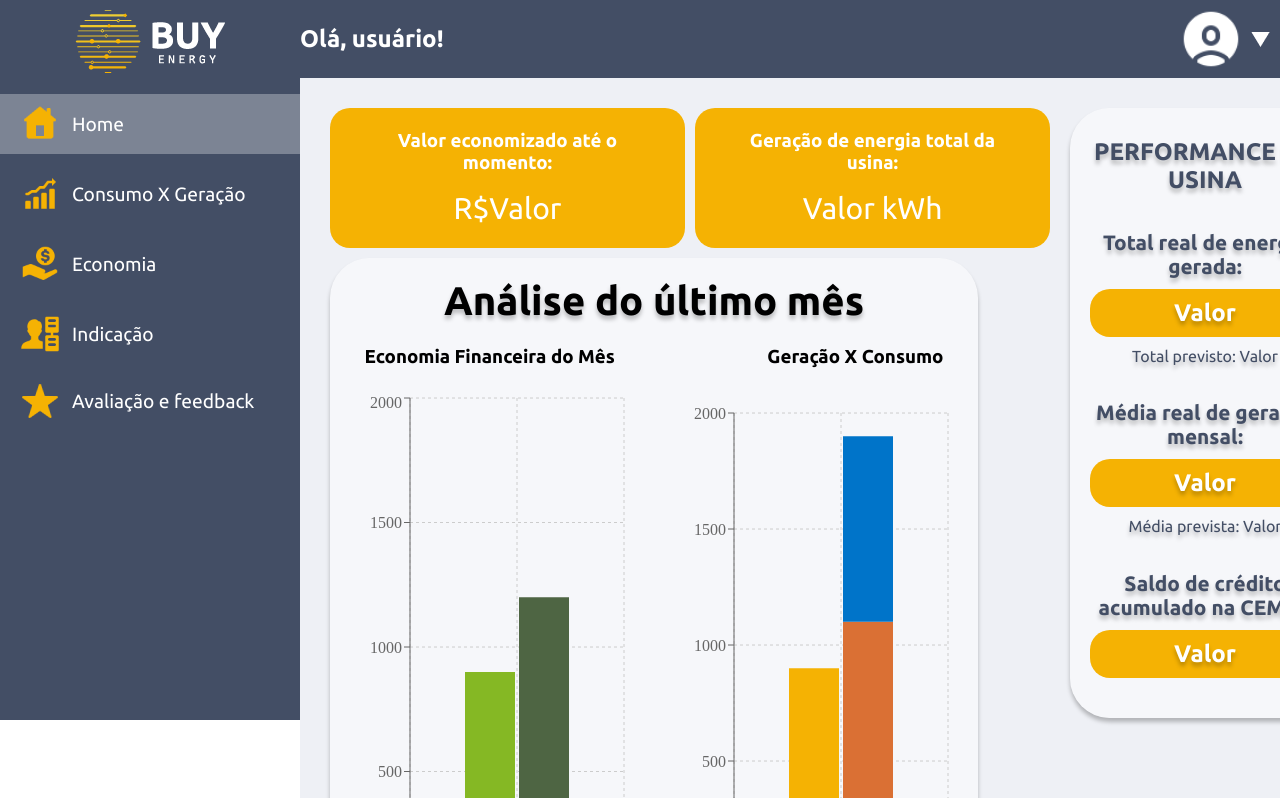
Repository: wolwerr/buyenergy-frontend
Page: /
The author's editor kept a copy of each file at every save. The page is drawn from the files as they stood at one save, then again after the next save.
The browser window is 1280 px wide. The pictures show the whole page.
An inner scrolling area shows only its first screen. The project was rebuilt for these pictures with package versions that can differ from the ones it lists, and the page was loaded fresh each time. Also part of the build but not shown: src/pages/indicacao/IndicacaoStyle.js, src/pages/indicacao/IndicacaoPage.jsx, src/pages/feedback/FeedbackStyle.js, src/pages/feedback/Feedback.jsx, src/pages/login/LoginStyle.js, src/pages/login/LoginPage.jsx, src/pages/economia/EconomiaStyle.js, src/pages/economia/EconomiaPage.jsx and 10 more.

Above is the page before, as saved 2022-10-31 15:33:08.

### public/index.html
<!DOCTYPE html>
<html lang="en">
  <head>
    <meta charset="utf-8" />
    <link rel="icon" href="%PUBLIC_URL%/favicon.ico" />
    <meta name="viewport" content="width=device-width, initial-scale=1" />
    <meta name="theme-color" content="#000000" />
    <meta
      name="description"
      content="Web site created using create-react-app"
    />
    <link rel="apple-touch-icon" href="%PUBLIC_URL%/logo192.png" />
    <!--
      manifest.json provides metadata used when your web app is installed on a
      user's mobile device or desktop. See https://developers.google.com/web/fundamentals/web-app-manifest/
    -->
    <link rel="manifest" href="%PUBLIC_URL%/manifest.json" />
    <!--
      Notice the use of %PUBLIC_URL% in the tags above.
      It will be replaced with the URL of the `public` folder during the build.
      Only files inside the `public` folder can be referenced from the HTML.

      Unlike "/favicon.ico" or "favicon.ico", "%PUBLIC_URL%/favicon.ico" will
      work correctly both with client-side routing and a non-root public URL.
      Learn how to configure a non-root public URL by running `npm run build`.
    -->
    <link rel="stylesheet" href="style.css">
    <link rel="preconnect" href="https://fonts.googleapis.com">
    <link rel="preconnect" href="https://fonts.gstatic.com" crossorigin>
    <link href="https://fonts.googleapis.com/css2?family=Ubuntu:ital,wght@0,400;0,500;0,700;1,400;1,500;1,700&display=swap" rel="stylesheet">
    <title>Buy Energy App MVP</title>
  </head>
  <body>
    <noscript>You need to enable JavaScript to run this app.</noscript>
    <div id="root"></div>
    <!--
      This HTML file is a template.
      If you open it directly in the browser, you will see an empty page.

      You can add webfonts, meta tags, or analytics to this file.
      The build step will place the bundled scripts into the <body> tag.

      To begin the development, run `npm start` or `yarn start`.
      To create a production bundle, use `npm run build` or `yarn build`.
    -->
  </body>
</html>

### src/App.js
import { BrowserRouter as Router, Route, Routes } from "react-router-dom";
import { AppCnt } from "./assets/styles/AppStyle";
import HomePage from "./pages/home/HomePage"
import IndicacaoPage from "./pages/indicacao/IndicacaoPage"
import Feedback from "./pages/feedback/Feedback"
import LoginPage from "./pages/login/LoginPage"
import Economia from "./pages/economia/EconomiaPage"
import ErrorPage from "./pages/error/ErrorPage";
import ConsumoXGeracaoPage from "./pages/consumoGeracao/ConsumoXGeracaoPage";

function App() {
  return (
    <AppCnt>
      <Router>
        <Routes>
          <Route index path="/" element={<HomePage />} />
          <Route path="/login" element={<LoginPage />} />
          <Route path="/consumo-e-geracao" element={<ConsumoXGeracaoPage />} />
          <Route path="/economia" element={<Economia />} />
          <Route path="/indicacao" element={<IndicacaoPage />} />
          <Route path="/feedback" element={<Feedback />} />
          <Route path="*" element={<ErrorPage />}/>
        </Routes>
      </Router>
    </AppCnt>
  );
}

export default App;

### src/assets/styles/AppStyle.js
import styled from "styled-components";

export const AppCnt = styled.div`
    display: flex;
    flex-direction: row;
`

### src/pages/home/HomePage.jsx
import Header from "../../layouts/header/Header";
import Main from "../../layouts/main/Main";
import {
  BotaoAmareloContainer,
  BotaoIndicacao,
  DivBarraLateral,
  Grafico,
  MainStyle,
} from "./HomePageStyle";
import ValorTotal from "../../components/home/ValorTotal";
import DadosPerformance from "../../components/home/DadosPerformance";
import NavMenu from "../../layouts/navMenu/NavMenu";
import GraficoEconomiaFinanceira from "../../components/home/GraficoEconomiaFinanceira";
import GraficoConsumoGeracao from "../../components/home/GraficoConsumoGeracao";

export default function HomePage({ userName = "usuário", value = "Valor" }) {
  return (
    <>
      <NavMenu page="home" />
      <Main>
        <MainStyle>
          <BotaoAmareloContainer>
            <ValorTotal
              title={`Valor economizado até o momento:`}
              description="R$"
              descriptionValue={value}
            />
            <ValorTotal
              title="Geração de energia total da usina:"
              description={value}
              descriptionValue=" kWh"
            />
          </BotaoAmareloContainer>
          <Grafico>
            <h1>Análise do último mês</h1>
            <div className="Tittle">
              <h3>Economia Financeira do Mês</h3>
              <h3>Geração X Consumo</h3>
            </div>
            <div className="divFlex">
              <GraficoEconomiaFinanceira />
              <GraficoConsumoGeracao />
            </div>
          </Grafico>
          <DivBarraLateral>
            <h1>Performance da Usina</h1>
            <DadosPerformance
              title="Total real de energia gerada:"
              value={value}
              description="Total previsto: "
              descriptionValue={value}
            />
            <DadosPerformance
              title="Média real de geração mensal:"
              value={value}
              description="Média prevista: "
              descriptionValue={value}
            />
            <DadosPerformance
              title="Saldo de crédito acumulado na CEMIG:"
              value={value}
              description=""
              descriptionValue=""
            />
          </DivBarraLateral>
          <BotaoIndicacao to="/indicacao">
            <p>Indique amigos e ganhe comissões nas vendas</p>
            <span>Saiba mais &gt;</span>
          </BotaoIndicacao>
        </MainStyle>
      </Main>
      <Header userName={userName} />
    </>
  );
}

### src/layouts/header/Header.jsx
import React, { useEffect, useState } from 'react'
import { HeaderCnt, HeaderIconsLeft, ProfileImg, ProfileOptIcon, ProfileOptions } from './HeaderStyle'
import ProfileIcon from '../../assets/images/icons/test-account.png'
import ProfileOptionsIcon from '../../assets/images/icons/triangulo-para-baixo.png'

export default function Header({
    userName = 'usuário',
    userProfilePhoto = ProfileIcon
}) {
  const [profileOptions, setprofileOptions] = useState(false)

  function toggleProfileOptions () {
    setprofileOptions(!profileOptions)
  }

  const [windowWidth, setWindowWidth] = useState(window.innerWidth)

  const detectSize = () => {
    setWindowWidth(window.innerWidth)
  }

  useEffect(() => {
    window.addEventListener('resize', detectSize)

    return () => {
      window.removeEventListener('resize', detectSize)
    }
  }, [windowWidth])

  return (
    <HeaderCnt windowWidth={`${windowWidth}`}>
        <p>Olá, {userName}!</p>
        <HeaderIconsLeft>
          <ProfileImg src={userProfilePhoto} alt="Foto do perfil do usuário" />
          <ProfileOptIcon row src={ProfileOptionsIcon} alt="" onClick={toggleProfileOptions} />
        </HeaderIconsLeft>
        {profileOptions &&
          <ProfileOptions>
            <p>Sair</p>
          </ProfileOptions>
        }
    </HeaderCnt>
  )
}

### src/layouts/main/Main.jsx
import { useEffect, useState } from 'react'
import { MainCnt } from './MainStyle'

export default function Main({ children }) {
  const [windowWidth, setWindowWidth] = useState(window.innerWidth)

  const detectSize = () => {
    setWindowWidth(window.innerWidth)
  }

  useEffect(() => {
    window.addEventListener('resize', detectSize)

    return () => {
      window.removeEventListener('resize', detectSize)
    }
  }, [windowWidth])

  return (
    <MainCnt windowWidth={`${windowWidth}`}>
        {children}
    </MainCnt>
  )
}

### src/pages/home/HomePageStyle.js
import styled from "styled-components";
import { Link } from "react-router-dom";

export const MainStyle = styled.div`
  // height: 80vh;
  margin: 50px;
  display: grid;
  grid-template-areas:
  "amarelo lateral"
  "grafico lateral"
  "grafico lateral"
  "grafico botaoIndicacao";
  grid-template-columns: 7fr 3fr;
  grid-template-rows: auto;
  grid-column-gap: 20px;
  grid-row-gap: 10px;
  align-content: space-between;

  @media(max-width: 1400px) {
    margin: 30px;
  }
`
/* inicio container lateral*/
export const DivBarraLateral = styled.div`
  grid-area: lateral;
  border-radius: 2.5em;
  background-color: rgba(255, 255, 255, 0.5);
  box-shadow: 0px 4px 4px rgba(0, 0, 0, 0.25);
  display: flex;
  flex-direction: column;
  justify-content: space-between;
  text-align: center;
  align-items: center;
  color: #434e65;
  text-shadow: 0px 4px 4px rgba(0, 0, 0, 0.25);
  font-family: Ubuntu;
  padding: 30px 20px;
  max-width: 300px;
  height: 700px;

  @media(max-width: 1400px) {
    height: 550px;
  }
  h1 {
    text-transform: uppercase;

    @media(max-width: 1400px) {
      font-size: 1.5rem;
    }
  }
  h2 {
    color: #434e65;
    margin-bottom: 10px;

    @media(max-width: 1400px) {
      font-size: 1.3rem;
    }
  }
  h3 {
    font-size: 1.5rem;
    background: #f5b203;
    border-radius: 20px;
    width: 220px;
    padding: 10px 5px;
    text-align: center;
    margin: auto;
    color: white;
    margin-bottom: 10px;
  }
`
export const BotaoAmareloContainer = styled.div`
  grid-area: amarelo;
  width: 100%;
  display: flex;
  gap: 10px;
  justify-content: center;
`
export const Grafico = styled.div`
  grid-area: grafico;
  place-content: center;
  color: #000000;
  border-radius: 40px;
  box-shadow: 0px 4px 4px rgba(0, 0, 0, 0.25);
  background-color: rgba(255, 255, 255, 0.5);
  width: 90%;
  padding-bottom: 20px;
  .divFlex {
    display: flex;
    width: 100%;
    height: 80vh;
  }
  .Tittle{
    display: flex;
    justify-content: center;
    gap: 22%;
    margin-bottom: 24px;
  }
  .Tittle h3 {
    font-size: 700 13px 'Ubuntu';
    line-height: 15px;
    padding: 5px;
    color: #000000;
  }
  h1 {
    padding: 20px 20px;
    text-align: center;
    font: 700 2.5rem 'Ubuntu';
    color: #000;
    text-shadow: 0px 4px 4px rgba(0, 0, 0, 0.25);

    @media(max-width: 1024px) {
       padding: 10px 10px;
    }
  }
`
export const BotaoIndicacao = styled(Link)`
  grid-area: botaoIndicacao;
  max-width: 300px;
  background: #434E65;
  border-radius: 20px;
  height: 110px;
  padding: 30px 20px;
  box-sizing: border-box;
  color: #fff;
  position: relative;

  @media(max-width: 1400px) {
    padding: 20px 20px;
  }

  p {
    font: 700 1.25rem/1.3 'Ubuntu';
    text-align: center;

    @media(max-width: 1400px) {
      font-size: 1.1rem;
    }
  }

  span {
    font: 500 0.8125rem 'Ubuntu';
    position: absolute;
    right: 30px;
    top: 90px;
    text-decoration: underline;

    @media(max-width: 1400px) {
      top: 75px;
    }
  }
`

### src/components/home/ValorTotal.jsx
import React from 'react'
import { BotaoAmarelo } from './ValorTotalStyle'

export default function ValorTotal({ title="Valor Gerado",description="R$",descriptionValue="valor descrito"}) {
  return (
    <BotaoAmarelo>
        <h3>{title}</h3>
        <p>{description}{descriptionValue}</p>
    </BotaoAmarelo>
  )
}

### src/components/home/DadosPerformance.jsx
import React from 'react'

export default function DadosPerformance({ title="Titulo",value="Valor",description="Previsto",descriptionValue="Valor"}) {
  return (
    <div>
        <h2>{title}</h2>
        <h3> {value}</h3>
        <p> <strong></strong>{description}{descriptionValue}</p>
    </div>
  )
}

### src/layouts/navMenu/NavMenu.jsx
import React from 'react'
import logo from '../../assets/images/logo_negativo.png'
import iconHome from '../../assets/images/icons/home-page.png'
import iconIndicacao from '../../assets/images/icons/4 - Indicação.png'
import iconGeracaoConsumo from '../../assets/images/icons/2 - Geração x Consumo.png'
import iconEconomia from '../../assets/images/icons/3 - Economia.png'
import iconFeedback from '../../assets/images/icons/star.png'
import { NavCnt, LogoImgLink, UlNavMenu, LiNavMenu, NavIconImg, LiSpan, LinkNav, } from './NavMenuStyle'

export default function NavMenu({ page="" }) {

  return (
    <NavCnt>
      <div>
        <LogoImgLink  to="/">
            <img src={logo} alt="" />
        </LogoImgLink>
        <UlNavMenu>
            <LiNavMenu>
              <LinkNav to="/" active={page === "home" ? "active"  : ""}>
                <NavIconImg src={iconHome} alt=''/>
                <LiSpan active={page === "home" ? "active"  : ""}>Home</LiSpan>
              </LinkNav>
            </LiNavMenu>
            <LiNavMenu>
              <LinkNav to="/consumo-e-geracao" active={page === "consumoGeracao" ? "active"  : ""}>
                <NavIconImg src={iconGeracaoConsumo} alt=''/>
                <LiSpan active={page === "indicacao" ? "active"  : ""}>Consumo X Geração</LiSpan>
              </LinkNav>
            </LiNavMenu>
            <LiNavMenu>
              <LinkNav to="/economia" active={page === "economia" ? "active"  : ""}>
                <NavIconImg src={iconEconomia} alt=''/>
                <LiSpan active={page === "indicacao" ? "active"  : ""}>Economia</LiSpan>
              </LinkNav>
            </LiNavMenu>
            <LiNavMenu>
              <LinkNav to="/indicacao" active={page === "indicacao" ? "active"  : ""}>
                <NavIconImg src={iconIndicacao} alt=''/>
                <LiSpan active={page === "indicacao" ? "active"  : ""}>Indicação</LiSpan>
              </LinkNav>
            </LiNavMenu>
            <LiNavMenu>
              <LinkNav to="/feedback" active={page === "feedback" ? "active"  : ""}>
                <NavIconImg src={iconFeedback} alt=''/>
                <LiSpan active={page === "feedback" ? "active"  : ""}>Avaliação e feedback</LiSpan>
              </LinkNav>
            </LiNavMenu>
        </UlNavMenu>
      </div>
    </NavCnt>
  )
}

### src/components/home/GraficoEconomiaFinanceira.jsx
import React, { PureComponent } from 'react';
import { BarChart, Bar, Cell, XAxis, YAxis, CartesianGrid, Tooltip, Legend, ResponsiveContainer } from 'recharts';

const data = [
  {
    reais: 2000,
    name: 'maio/2022',
    "Com a usina você pagou": 900,
    "Sem a usina você pagaria": 1200,
  }
];

export default class GraficoEconomiaFinanceira extends PureComponent {
  static demoUrl = 'https://codesandbox.io/s/simple-bar-chart-tpz8r';

  render() {
    return (
      <ResponsiveContainer width="100%" height="100%">
        <BarChart
          width={500}
          height={300}
          data={data}
          margin={{
            top: 5,
            right: 30,
            left: 20,
            bottom: 5,
          }}
        >
          <CartesianGrid strokeDasharray="3 3" />
          <XAxis dataKey="name" />
          <YAxis dataKey="reais"/>
          <Tooltip />
          <Legend />
          <Bar dataKey="Com a usina você pagou" fill="#85B824" barSize={50}/>
          <Bar dataKey="Sem a usina você pagaria" fill="#4E6543" barSize={50}/>
        </BarChart>
      </ResponsiveContainer>
    );
  }
}

### src/components/home/GraficoConsumoGeracao.jsx
import React, { PureComponent } from 'react';
import { BarChart, Bar, Cell, XAxis, YAxis, CartesianGrid, Tooltip, Legend, ResponsiveContainer } from 'recharts';

const data = [
  {
    reais: 2000,
    name: 'maio/2022',
    "Sua geração total do mês": 900,
    "Energia consumida da sua Usina": 1100,
    "Energia consumida da CEMIG": 800,
  },
];

export default class GraficoConsumoGeracao extends PureComponent {
  static demoUrl = 'https://codesandbox.io/s/mixed-bar-chart-q4hgc';

  render() {
    return (
      <ResponsiveContainer width="100%" height="100%">
        <BarChart
          width={500}
          height={300}
          data={data}
          margin={{
            top: 20,
            right: 30,
            left: 20,
            bottom: 5,
          }}
        >
          <CartesianGrid strokeDasharray="3 3" />
          <XAxis dataKey="name" />
          <YAxis dataKey="reais" />
          <Tooltip />
          <Legend />
          <Bar dataKey="Sua geração total do mês" fill="#F5B203" barSize={50}/>
          <Bar dataKey="Energia consumida da sua Usina" stackId="a" fill="#DA7034" barSize={50}/>
          <Bar dataKey="Energia consumida da CEMIG" stackId="a" fill="#0074C9" barSize={50}/>
        </BarChart>
      </ResponsiveContainer>
    );
  }
}

### src/layouts/header/HeaderStyle.js
import styled from "styled-components";

export const HeaderCnt = styled.header`
    background-color: #434e65;
    position: fixed;
    top: 0px;
    left: 300px;
    padding: 5px 0;
    width: ${props => props.windowWidth - 300}px;
    display: flex;
    flex-flow: row nowrap;
    justify-content: space-between;
    align-items: center;

    p {
        font-size: 1.5em;
        color: white;
        font-weight: 700;
    }
`

export const HeaderIcon = styled.img`
    width: 100%;
    height: auto;
    max-width: 45px;
    margin-right: 10px;
`

export const ProfileImg = styled.img`
    width: 100%;
    height: auto;
    max-width: 60px;
    border-radius: 100px;
`

export const ProfileOptIcon = styled.img`
    width: 100%;
    height: auto;
    max-width: 20px;
    margin: 0 10px;
`

export const HeaderIconsLeft = styled.div`
    display: flex;
    flex-direction: row;
    align-items: center;
`

export const ProfileOptions = styled.div`
    background-color: #434e65;
    color: white;
    width: 100px;
    height: auto;
    position: absolute;
    top: 78px;
    right: 0px;
    border: 1px solid gray;
    text-transform: uppercase;
    border-radius: 10px;
    box-shadow: 0px 4px 4px rgba(0, 0, 0, 0.25);
    text-align: center;
    padding: 10px 0;
    margin: 0;
`

### src/layouts/main/MainStyle.js
import styled from "styled-components";
import backgroundImg from "../../assets/images/background.png"

export const MainCnt = styled.main`
    /* background-image: url(${backgroundImg});
    background-repeat: no-repeat;
    background-position: right top;
    background-size: cover; */
    // position: fixed;
    position: absolute;
    top: 78px;
    left: 300px;
    width: ${props => props.windowWidth - 300}px;
    height: 100%;
    background-color: rgb(238,240,245);
    overflow: auto;
`

### src/components/home/ValorTotalStyle.js
import styled from "styled-components";

export const BotaoAmarelo = styled.div`
  display: flex;
  flex-direction: column;
  align-items: center;
  justify-content: center;
  text-align: center;
  background-color: #f5b203;
  border-radius: 20px;
  width: 355px;
  height: 160px;
  font-size: 20px;
  color: white;
  margin: auto;

  @media(max-width: 1400px) {
    font-size: 16px;
    height: 140px;
  }

  h3 {
    font-family: 'Ubuntu';
    font-style: normal;
    text-align: center;
    padding: 0 30px;
  }

  p {
    font-size: 40px;
    font-family: ubuntu;
    font-style: bold;
    padding-top: 5%;

    @media(max-width: 1400px) {
      font-size: 30px;
    }
  }
`;

### src/layouts/navMenu/NavMenuStyle.js
import styled from "styled-components";
import { Link } from "react-router-dom";

export const NavCnt = styled.nav`
    background-color: #434e65;
    position: fixed;
    top: 0;
    left: 0;
    height: 100%;
    width: 300px;
    display: flex;
    flex-direction: column;
    justify-content: space-between;
    overflow: hidden;
`

export const LogoImgLink = styled(Link)`
    display: flex;

    img {
        text-align: center;
        margin: 10px auto;
    }
`

export const UlNavMenu = styled.ul`
    list-style: none;
    margin-block-start: 0;
    margin-block-end: 0;
    padding-inline-start: 0;
`

export const LiNavMenu = styled.li`
    color: white;
    margin: 10px 0;
`

export const NavIconImg = styled.img`
    max-width: 40px;
`

export const LiSpan = styled.span`
    margin-left: 12px;
    font-size: 1.2em;
`

export const LinkNav = styled(Link)`
    display: flex;
    align-items: center;
    background-color: ${props => props.active ? "rgba(255, 255, 255, 0.3)" : ""};
    padding: 10px 20px;

    &:link, &:visited, &:hover, &:active {
        color: white;
        text-decoration: none;
    }

    &:hover {
        font-weight: 900;
    }
`

export const BottomNavDiv = styled.div`
    margin: 10px;
`

export const PSpan = styled.span`
    font-family: 'Ubuntu';
    margin-left: 12px;
`

### public/style.css
body {
    margin: 0 auto;
}

p, li, h1, h2, h3, h4, h5, a {
    font-family: 'Ubuntu';
    margin: 0;
}

a {
    text-decoration: none;
}

Loaded but not shown: src/index.js (common file)

After the next save:
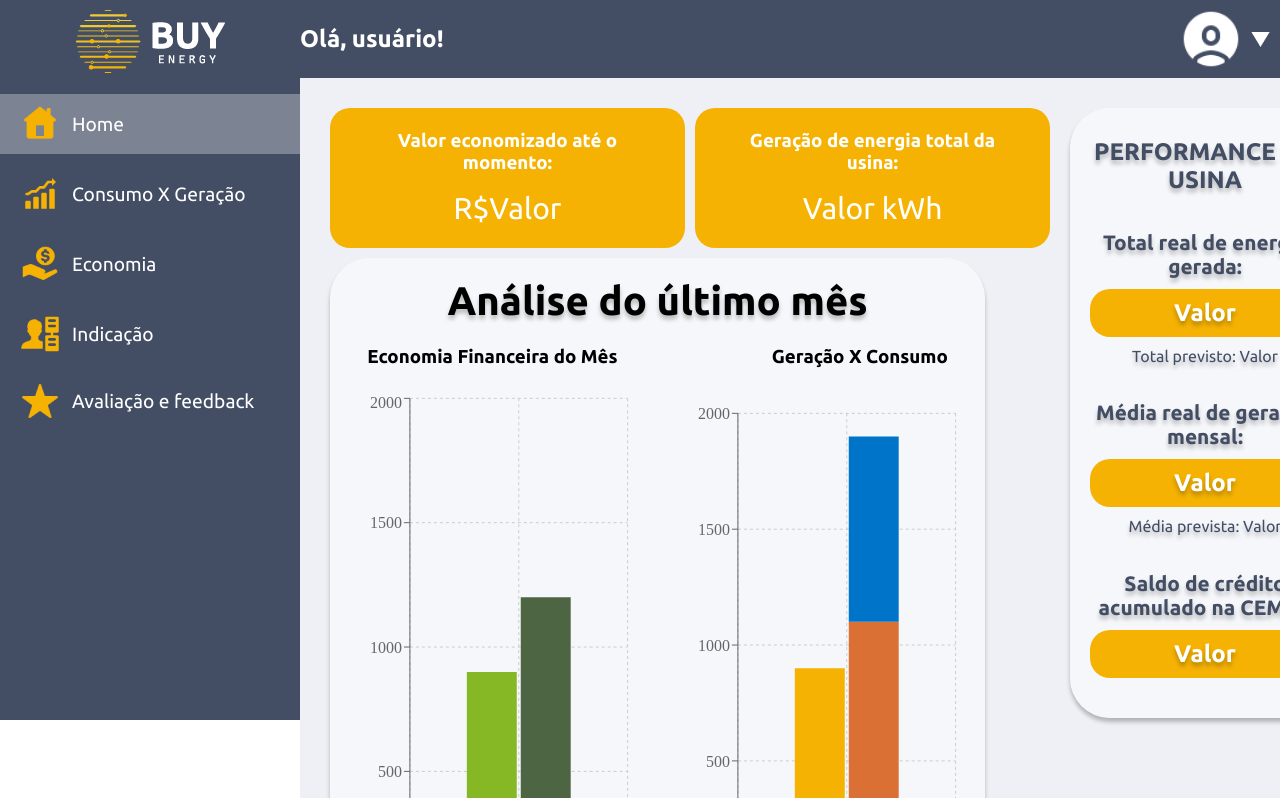
Saved 6 s later.
--- a/src/pages/home/HomePageStyle.js
+++ b/src/pages/home/HomePageStyle.js
@@ -82,7 +82,7 @@ export const Grafico = styled.div`
   border-radius: 40px;
   box-shadow: 0px 4px 4px rgba(0, 0, 0, 0.25);
   background-color: rgba(255, 255, 255, 0.5);
-  width: 90%;
+  width: 91%;
   padding-bottom: 20px;
   .divFlex {
     display: flex;
